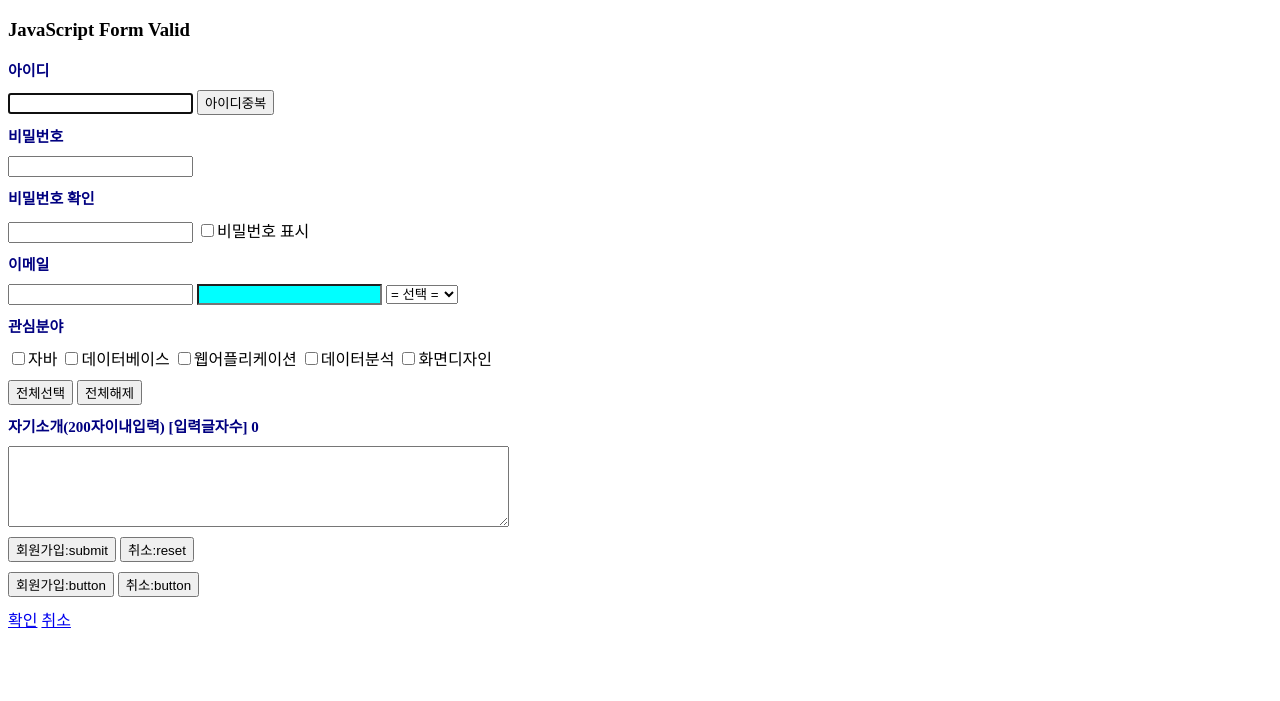
Repository: jelly02/workspace_web
Page: workspace_webui_LECTURE/08.js_form_valid/src/main/webapp/index.html
These files come from the project's save history. The page is drawn as it stood at one moment and after the next save; the edit follows.
The browser window is 1280 px wide. The pictures show the whole page.

Above is the page before, as saved 2021-07-01 08:49:06.

### workspace_webui_LECTURE/08.js_form_valid/src/main/webapp/index.html
<!DOCTYPE html PUBLIC "-//W3C//DTD HTML 4.01 Transitional//EN" "http://www.w3.org/TR/html4/loose.dtd">
<html>
<head>
<meta http-equiv="Content-Type" content="text/html; charset=UTF-8">
<title>JavaScript Form Valid</title>
<style type="text/css">
	div { margin: 10px 0; }
	div.input_title { font-size:15px; font-weight: bold; color: navy; }
	input[readOnly] {
		background-color: cyan;
	}
</style>

<!--
	## form 양식 데이터 검증
	1. 윈도우 로드 이벤트 : 아이디항목에 포커스 처리
-->
<script type="text/javascript">
	/* 윈도우 로드 이벤트 함수 */
	window.onload = function() {
		// document.joinForm.memberId.focus();
		initForm();
	}

	/* 폼 초기화 함수 */
	function initForm() {
		// 폼양식 > 입력항목 이름
		//document.joinForm.memberId.focus();

		// 폼양식 > 입력항목 id
		document.getElementById("memberId").focus();

		// 이메일 도메인주소 읽기전용 설정
		document.getElementById("email2").readOnly = "readOnly";

		clearMsg();
	}

	/* 메세지 출력 지우기 */
	function clearMsg() {
		document.getElementById("memberIdMsg").innerHTML = "";
		document.getElementById("memberPwMsg").innerHTML = "";
		document.getElementById("memberPwConfirmMsg").innerHTML = "";
		document.getElementById("email1Msg").innerHTML = "";
	}

	/* reset button 이벤트 */
	function clickReset() {
		initForm();
	}

	/* 입력양식 데이터 검증 이벤트
		1. 필수입력항목 : 아이디, 비밀번호, 비밀번호 확인
			=> 입력항목객체.value

	*/
	function checkForm() {
		// 아이디 입력 데이터 가져오기 : id
		var memberId = document.getElementById("memberId").value;
		console.log("memberId: ", memberId.length);
		// 데이터 검증
		if (memberId == "" || memberId.trim().length == 0) {
			document.getElementById("memberId").focus();
			document.getElementById("memberIdMsg").innerHTML = "아이디를 입력하세요";
			document.getElementById("memberIdMsg").style.color = "red";
			document.getElementById("memberId").value = ""; // 사용자 입력데이터를 공백문자열 초기화
			return false; // input type="submit"
		}
		memberId = memberId.trim();	// 사용자 입력데이터에 있는 공백제거
		console.log("memberId: ", memberId.length);


		// 비밀번호 입력 데이터 가져오기 : name
		var memberPw = document.joinForm.memberPw.value;
		console.log("memberPw: ", memberPw);

		if (memberPw == "" || memberPw.trim().length == 0) {
			document.getElementById("memberPw").focus();
			document.getElementById("memberPwMsg").innerHTML = "비밀번호를 입력하세요";
			document.getElementById("memberPwMsg").style.color = "red";
			document.getElementById("memberPw").value = "";
			return false; // input type="submit"
		}
		memberPw = memberPw.trim();

		// 비밀번호 확인 입력 데이터 가져오기 :
		var memberPwConfirm = document.getElementById("memberPwConfirm").value;
		console.log("memberPwConfirm: ", memberPwConfirm);

		if (memberPwConfirm == "" || memberPwConfirm.trim().length == 0) {
			document.getElementById("memberPwConfirm").focus();
			document.getElementById("memberPwConfirmMsg").innerHTML = "비밀번호확인을 입력하세요";
			document.getElementById("memberPwConfirmMsg").style.color = "red";
			document.getElementById("memberPw").value = "";
			return false; // input type="submit"
		}
		memberPwConfirm = memberPwConfirm.trim();

		// 실습 : 비밀번호와 비밀번호확인 매칭 검증
		if (memberPw != memberPwConfirm) {
			document.getElementById("memberPw").focus();
			document.getElementById("memberPwMsg").innerHTML = "비밀번호와 비밀번호 확인이 동일하지 않습니다.";
			document.getElementById("memberPwMsg").style.color = "red";
			return false;
		}

	}

	/* 비밀번호 표시 : 보인기 / 감추기 이벤트
		1. 비밀번호표시 체크박스 객체 가져오기
		2. 비밀번호 객체 가져오기
		3. 비밀번호확인 객체 가져오기

		4. 체크박스 체킹(checked == true)
			=> type='text'
		5. 체크박스 해제(checked == false)
			=> type='password'
	*/
	function viewMemberPw() {
		var isVisablePasswordElement = document.getElementById("isVisablePassword");
		var memberPwElement = document.getElementById("memberPw");
		var memberPwConfirmElement = document.getElementById("memberPwConfirm");

		if (isVisablePasswordElement.checked) {
			// 4. 체크박스 체킹(checked == true)
			memberPwElement.type = "text";
			memberPwConfirmElement.type = "text";
		} else {
			// 5. 체크박스 해제(checked == false)
			memberPwElement.type = "password";
			memberPwConfirmElement.type = "password";
		}
	}

	/* [실습]
		## 이메일 도메인을 선택하면 해당 도메인 주소를 이메일주소로 자동 초기화
		-- select
			>> onchange
			>> <option>네이버</option>
			>> <option value="@naver.com">네이버</option>

		-- 읽기전용 : readOnly
	*/
	function selectEmailChange(takeData) {
		console.log("takeData: ", takeData);

		var email1Element = document.getElementById("email1");
		var email2Element = document.getElementById("email2");
		var email1Msg = document.getElementById("email1Msg");

		if (email1Element.value == "" || email1Element.value.trim().length == 0) {
			email1Msg.innerHTML = "이메일 아이디를 먼저 입력하시기 바랍니다.";
			email1Msg.style.color = "red";
			email1Element.focus();
			return;
		}

		email1Msg.innerHTML = "";

		switch(takeData) {
		case "none":
			email2Element.value = "";
			email2Element.readOnly = "readOnly";
			break;

		case "userInput":
			email2Element.value = "@";
			email2Element.readOnly = "";
			email2Element.focus();
			break;

		default:
			email2Element.value = takeData;
			email2Element.readOnly = "readOnly";
			break;
		}
	}

	/* 관심분야 checkbox 전체 선택
		1. 관심분야 checkbox 객체 가져오기 : NodeList
		2. checkbox item 갯수만큼 반복
		3. cheked 되어 있지않으면 클릭(click()) 체크 설정
	*/
	function checkAll() {
		var interestElement = document.joinForm.interest;

		console.log("typeof : interestElement", typeof interestElement);
		console.log("interestElement.length: ", interestElement.length);

		for (index = 0; index < interestElement.length; index++) {
			if (interestElement[index].checked == false) {
				interestElement[index].click();
			}
		}
	}

	/* 관심분야 checkbox 전체 해제
		1. 관심분야 checkbox 객체 가져오기 : NodeList
		2. checkbox item 갯수만큼 반복
		3. cheked 되어있음면 클릭(click()) 체크 해제
	*/
	function clearAll() {
		var interestElement = document.joinForm.interest;

		for (index = 0; index < interestElement.length; index++) {
			if (interestElement[index].checked) {
				interestElement[index].click();
			}
		}
	}

	/* 자기소개 textarea 입력 길이 출력 */
	function introLengthCheck(takeData) {
		var introLengthElement = document.getElementById("introLength");
		introLengthElement.innerHTML = takeData.length;
	}

	/* 아이디 중복확인 새창열기 */
	function openIdChekWindow() {
		var specs = "width=400,height=300,top=300,left=500";
		var idWin = window.open("duplicateMemberId.html", "_blank", specs);
	}

	/* 비밀번호확인 포커스를 잃었을때 비밀번호와 동일한지 검증 */
	function checkMappingMemberPw() {
		var memberPw = document.getElementById("memberPw").value;
		var memberPwConfirm = document.getElementById("memberPwConfirm").value;

		if (memberPw != memberPwConfirm) {
			document.getElementById("memberPw").focus();
			document.getElementById("memberPwMsg").innerHTML = "비밀번호와 비밀번호 확인이 동일하지 않습니다.";
			document.getElementById("memberPwMsg").style.color = "red";

			// 입력 데이터 선택
			document.getElementById("memberPw").select()
			return false;
		}
	}
</script>
</head>

<body>
<h3>JavaScript Form Valid</h3>
<!--
	## form 입력 양식
	-- 아이디 : 텍스트 text
	-- 비밀번호 / 비밀번호 확인 : 비밀번호 password
	-- 비밀번호 표시 : 체크박스 checkbox
	-- 이메일: 이메일아이디/도메인주소/도메인선택 checkbox
	-- 관심분야 : 체크박스 (항목 5개) chcekbox
	-- 자기소개 : textarea

	-- 확인전용버튼 : submit
	-- 취소전용버튼 : reset
 -->

<!-- 컨텐츠 -->
<div>
<form action="result.html" method="post" name="joinForm" id="joinForm">
	<!-- 아이디 -->
	<div>
		<div class="input_title">아이디</div>
		<div>
			<input type="text" name="memberId" id="memberId">
			<input type="button" value="아이디중복" onclick="openIdChekWindow()">
			<span id="memberIdMsg"></span>
		</div>
	</div>

	<!-- 비밀번호 -->
	<div>
		<div class="input_title">비밀번호</div>
		<div>
			<input type="password" name="memberPw" id="memberPw">
			<span id="memberPwMsg"></span>
		</div>
	</div>

	<!-- 비밀번호확인 -->
	<div>
		<div class="input_title">비밀번호 확인</div>
		<div>
		<input type="password" name="memberPwConfirm" id="memberPwConfirm"
			onblur="checkMappingMemberPw()">

		<input type="checkbox" name="isVisablePassword" id="isVisablePassword"
			onclick="viewMemberPw()">비밀번호 표시
		<span id="memberPwConfirmMsg"></span>
		</div>
	</div>

	<!-- 이메일 -->
	<div>
		<div class="input_title">이메일</div>
		<div>
		<input type="text" name="email1" id="email1">
		<input type="text" name="email2" id="email2">
		<select name="selectEmail" id="selectEmail" onchange="selectEmailChange(this.value)">
			<option value="none">= 선택 =</option>
			<option value="@naver.com">네이버</option>
			<option value="@gmail.com">구글</option>
			<option value="userInput">직접입력</option>
		</select>
		<span id="email1Msg"></span>
		</div>
	</div>

	<!-- 관심분야 -->
	<div>
		<div class="input_title">관심분야</div>
		<div>
			<input type="checkbox" name="interest" value="1">자바
			<input type="checkbox" name="interest" value="2">데이터베이스
			<input type="checkbox" name="interest" value="3">웹어플리케이션
			<input type="checkbox" name="interest" value="4">데이터분석
			<input type="checkbox" name="interest" value="5">화면디자인
		</div>
		<div>
			<input type="button" value="전체선택" onclick="checkAll()">
			<input type="button" value="전체해제" onclick="clearAll()">
		</div>
	</div>

	<!-- 자기소개 -->
	<div>
		<div class="input_title">
		자기소개(200자이내입력) [입력글자수] <span id="introLength">0</span>
		</div>

		<div>
			<textarea cols="60" rows="5" name="intro" id="intro" onkeyup="introLengthCheck(this.value)"></textarea>
		</div>
	</div>

	<!-- submit / reset -->
	<div>
		<input type="submit" value="회원가입:submit" onclick="return checkForm();">
		<input type="reset" value="취소:reset" onclick="clickReset()">
	</div>

	<!-- button -->
	<div>
		<input type="button" value="회원가입:button" onclick="checkForm2();">
		<input type="button" value="취소:button" onclick="clickReset2()">
	</div>

	<!-- <a>, <img> -->
	<div>
		<a href="javascript:checkForm2();">확인</a>
		<a href="javascript:clickReset2();">취소</a>
	</div>
</form>
</div>

</body>
</html>

After the next save:
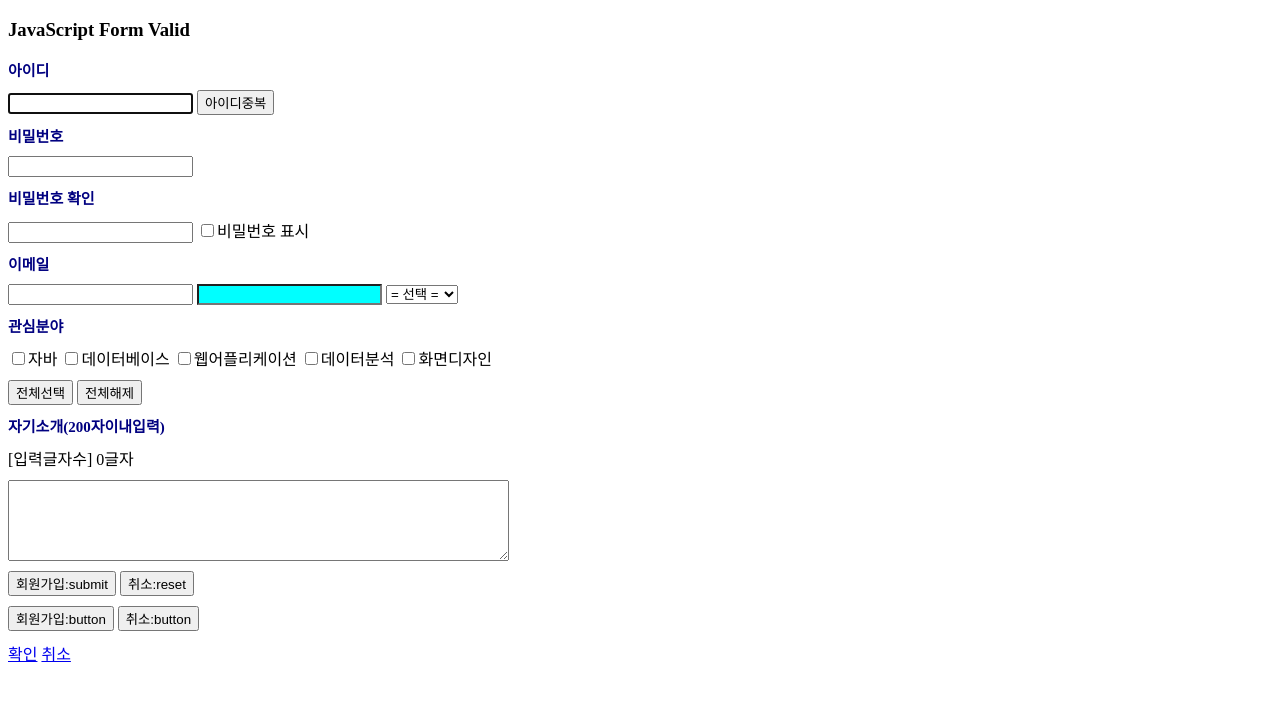
Saved 66 s later.
--- a/workspace_webui_LECTURE/08.js_form_valid/src/main/webapp/index.html
+++ b/workspace_webui_LECTURE/08.js_form_valid/src/main/webapp/index.html
@@ -323,8 +323,9 @@
 
 	<!-- 자기소개 -->
 	<div>
-		<div class="input_title">
-		자기소개(200자이내입력) [입력글자수] <span id="introLength">0</span>
+		<div class="input_title">자기소개(200자이내입력)</div>
+		<div>
+		[입력글자수] <span id="introLength">0</span>글자
 		</div>
 
 		<div>
